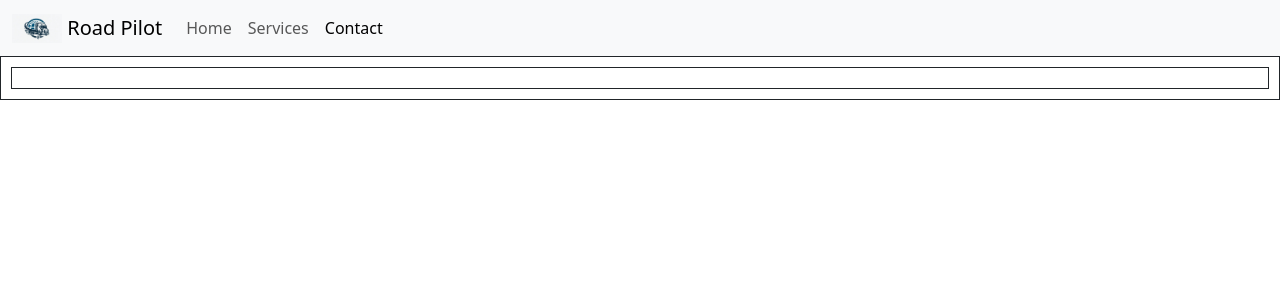
Repository: VictoriousMango/WebCreator
Page: pages/contact.html
An editor plug-in stored every save of this project. The page is shown before and after the next save, followed by the edit.
The browser window is 1280 px wide. The pictures show the whole page.

Above is the page before, as saved 2024-11-09 12:33:09.

After the next save:
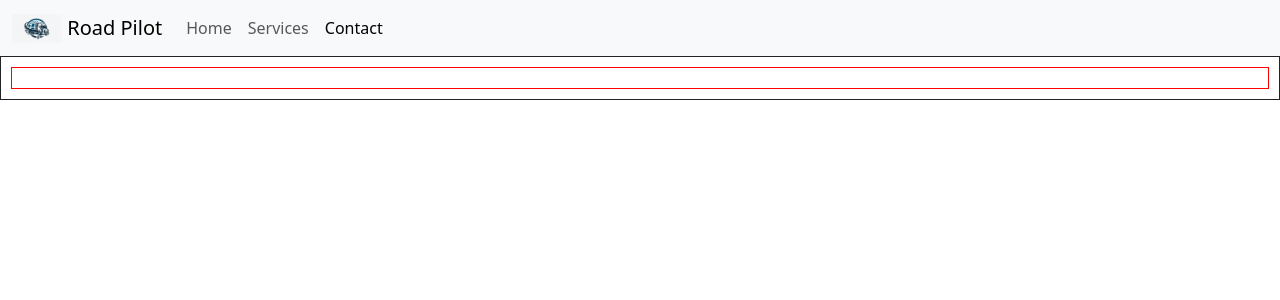
Saved 6 s later.
--- a/assets/css/contact.css
+++ b/assets/css/contact.css
@@ -4,6 +4,6 @@
 }
 
 .contact__links {
-    border: 1px solid;
+    border: 1px solid red;
     padding: 10px;
 }
